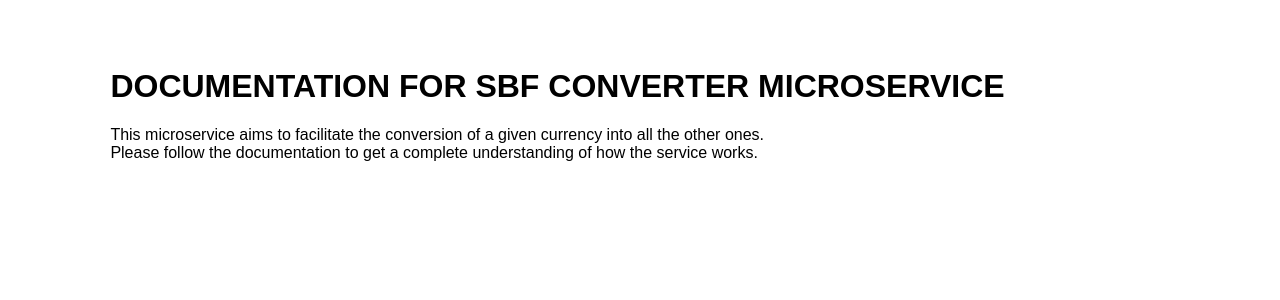
Repository: miguelamello/nestjs-restful-api
Page: documentation.html
An editor plug-in stored every save of this project. The page is shown before and after a run of saves, followed by the edit.
The browser window is 1280 px wide. The pictures show the whole page.

Above is the page before, as saved 2023-03-21 21:51:11.

### documentation.html
<!DOCTYPE html>
<html lang="en">
<head>
  <meta charset="UTF-8">
  <meta http-equiv="X-UA-Compatible" content="IE=edge">
  <meta name="viewport" content="width=device-width, initial-scale=1.0">
  <title>SBF Converter Documentation</title>
  <style>
    body {
      font-family: Arial, Helvetica, sans-serif;
      padding: 3% 8%;
    }
  </style>
</head>
<body>
  <H1>DOCUMENTATION FOR SBF CONVERTER MICROSERVICE</H1>
  <p>This microservice aims to facilitate the conversion of a given currency
    into all the other ones. <br>Please follow the documentation to get a complete
  understanding of how the service works. </p>
</body>
</html>

After the next 2 saves:
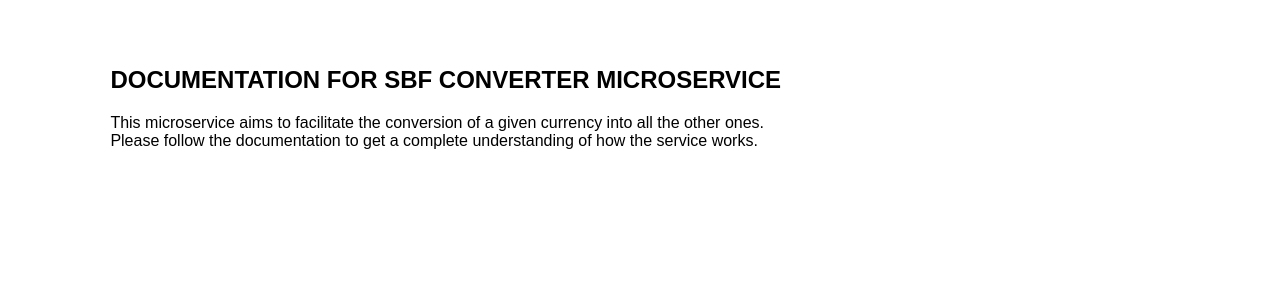
The 2 saves are shown as one change because they came seconds apart.
The last was saved 78 s later.
--- a/documentation.html
+++ b/documentation.html
@@ -13,7 +13,7 @@
   </style>
 </head>
 <body>
-  <H1>DOCUMENTATION FOR SBF CONVERTER MICROSERVICE</H1>
+  <h2>DOCUMENTATION FOR SBF CONVERTER MICROSERVICE</h2>
   <p>This microservice aims to facilitate the conversion of a given currency
     into all the other ones. <br>Please follow the documentation to get a complete
   understanding of how the service works. </p>
